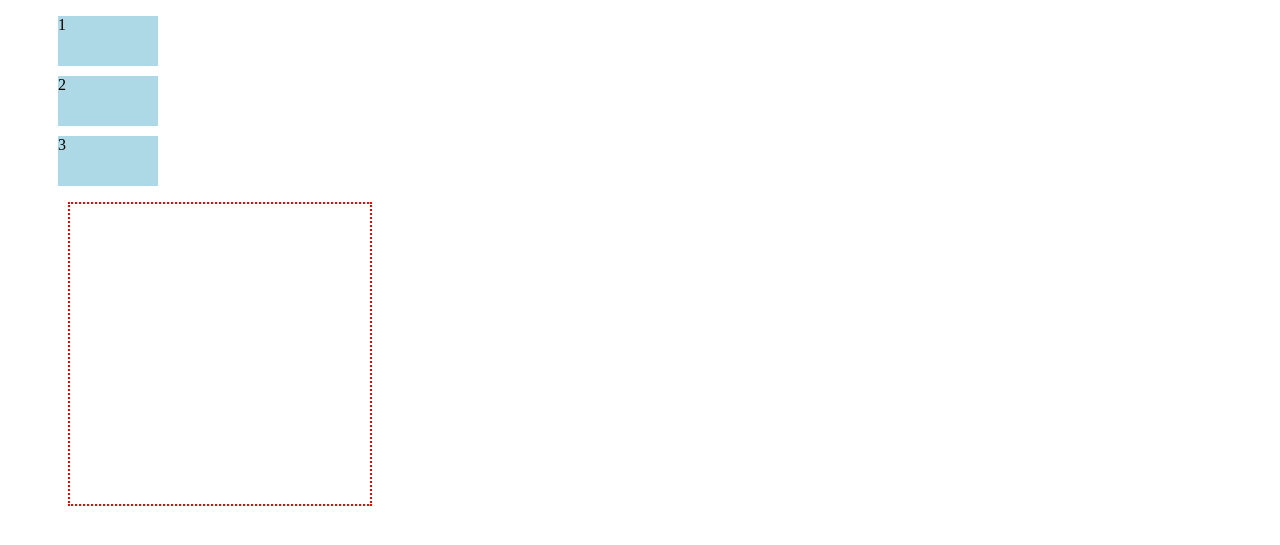
Repository: tfdonna/fontend
Page: js第一阶段/jquery/WebContent/拖拽.html
The author's editor kept a copy of each file at every save. The page is drawn from the files as they stood at one save, then again after the next save.
The browser window is 1280 px wide. The pictures show the whole page.

Above is the page before, as saved 2021-09-07 10:37:18.

### js第一阶段/jquery/WebContent/拖拽.html
<!DOCTYPE html>
<html>
<head>
	<meta charset="UTF-8">
	<title>Insert title here</title>
	<style type="text/css">
	   ul, li{
	       list-style: none;
	   }
	   ul li{
	       width: 100px;
	       height: 50px;
	       background: lightblue;
	       margin: 10px;
	   }
	   .box{
	       width: 300px;
           height: 300px;
           border: 2px dotted red;
           margin-left: 60px;
	   }
	</style>
</head>
<body>
    <ul>
        <!-- draggable='true'   设置dom节点可以拖动 -->
        <li draggable="true">1</li>
        <li draggable="true">2</li>
        <li draggable="true">3</li>
    </ul>
    <div class="box"></div>
    <script type="text/javascript">
        window.onload = function () {
			//获取dom节点
			var ul = document.querySelector('ul');
			var li = ul.querySelectorAll('li');
			var box = document.querySelector('.box');

			//设置拖拽元素
			for(var i = 0; i < li.length; i++){
				//开始拖拽
				li[i].ondragstart = function (ev) {
					this.style.background = 'purple';
					ev.dataTransfer.setData('text', this,innerHTML);
					this.removeChild();
				}

				//拖拽中
				/*
				var num = 0;
				li[i].ondrag = function () {
					num++;
					console.log(num);
				}
				li[i].ondragged = function () {
					this.style.background = 'lightgreen';
				}
				*/
			}

			//拖拽目的地
			box.ondragenter = function () {
				this.style.background = 'orange';
			}

			//想要drop时间出发，必须在dragover阻止默认事件
			box.ondragover = function (ev) {
                ev.preventDefault();
            }
			//默认 即使在 目的地的上面释放鼠标，也不会触发 drop；   ***
            box.ondrop = function (ev) {
                console.log('在目的地上释放了鼠标');
                console.log(ev.dataTransfer.getData('text'));
                var oLi = document.createElement('li');
                //ev.dataTransfer.getData 获取拖拽的参数
                oLi.innerHTML = ev.dataTransfer.getData('text');
                oBox.appendChild(oLi);
            }
			//从目的地离开
			box.ondragleave = function () {
				this.style.background = 'lightblue';
			}
			//拖拽顺序 dragstart drag dragenter dragover dragleave dragend
		}
    </script>
</body>
</html>

After the next save:
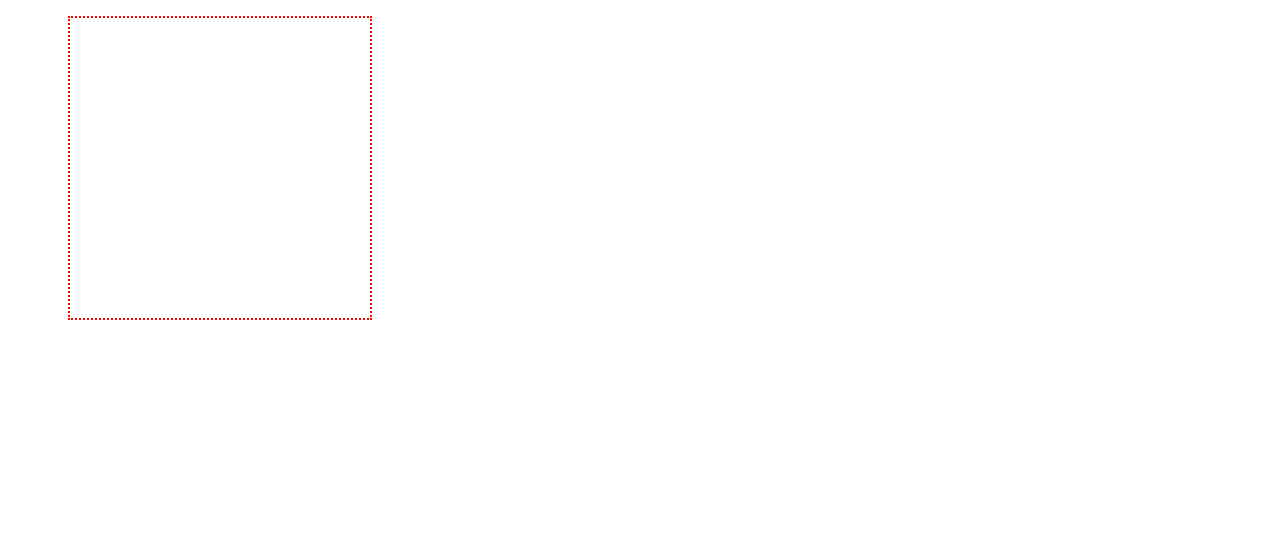
Saved 69 s later.
--- a/js第一阶段/jquery/WebContent/拖拽.html
+++ b/js第一阶段/jquery/WebContent/拖拽.html
@@ -42,8 +42,8 @@
 				li[i].ondragstart = function (ev) {
 					this.style.background = 'purple';
 					ev.dataTransfer.setData('text', this,innerHTML);
-					this.removeChild();
 				}
+				li[i].remove();
 
 				//拖拽中
 				/*

After the save that followed:
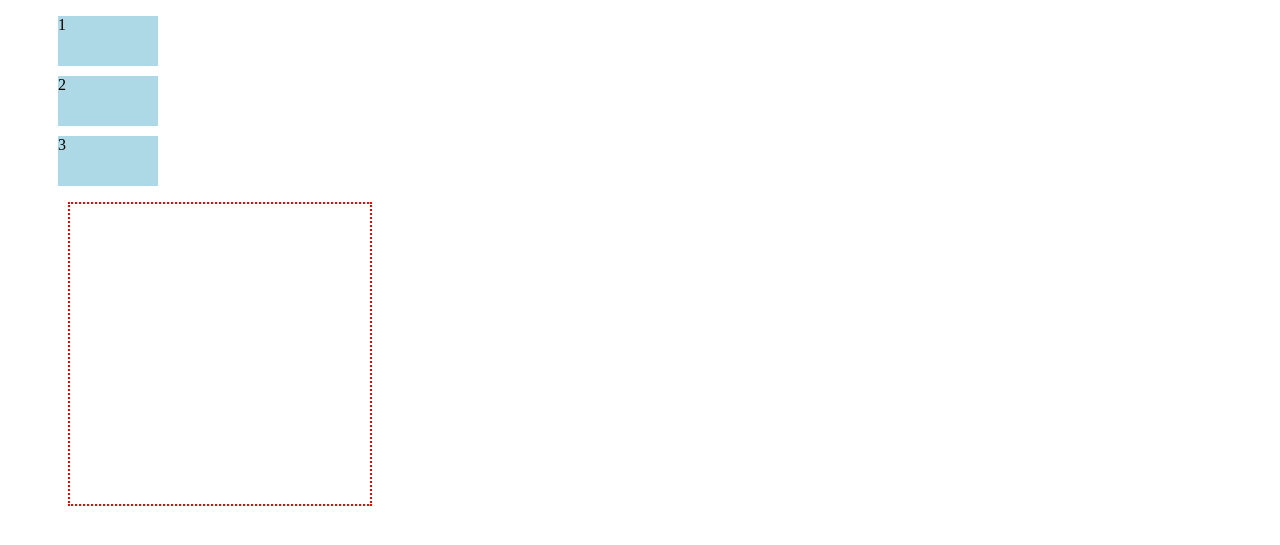
Saved 26 s later.
--- a/js第一阶段/jquery/WebContent/拖拽.html
+++ b/js第一阶段/jquery/WebContent/拖拽.html
@@ -41,9 +41,8 @@
 				//开始拖拽
 				li[i].ondragstart = function (ev) {
 					this.style.background = 'purple';
-					ev.dataTransfer.setData('text', this,innerHTML);
+					ev.dataTransfer.setData('text', this.innerHTML);
 				}
-				li[i].remove();
 
 				//拖拽中
 				/*
